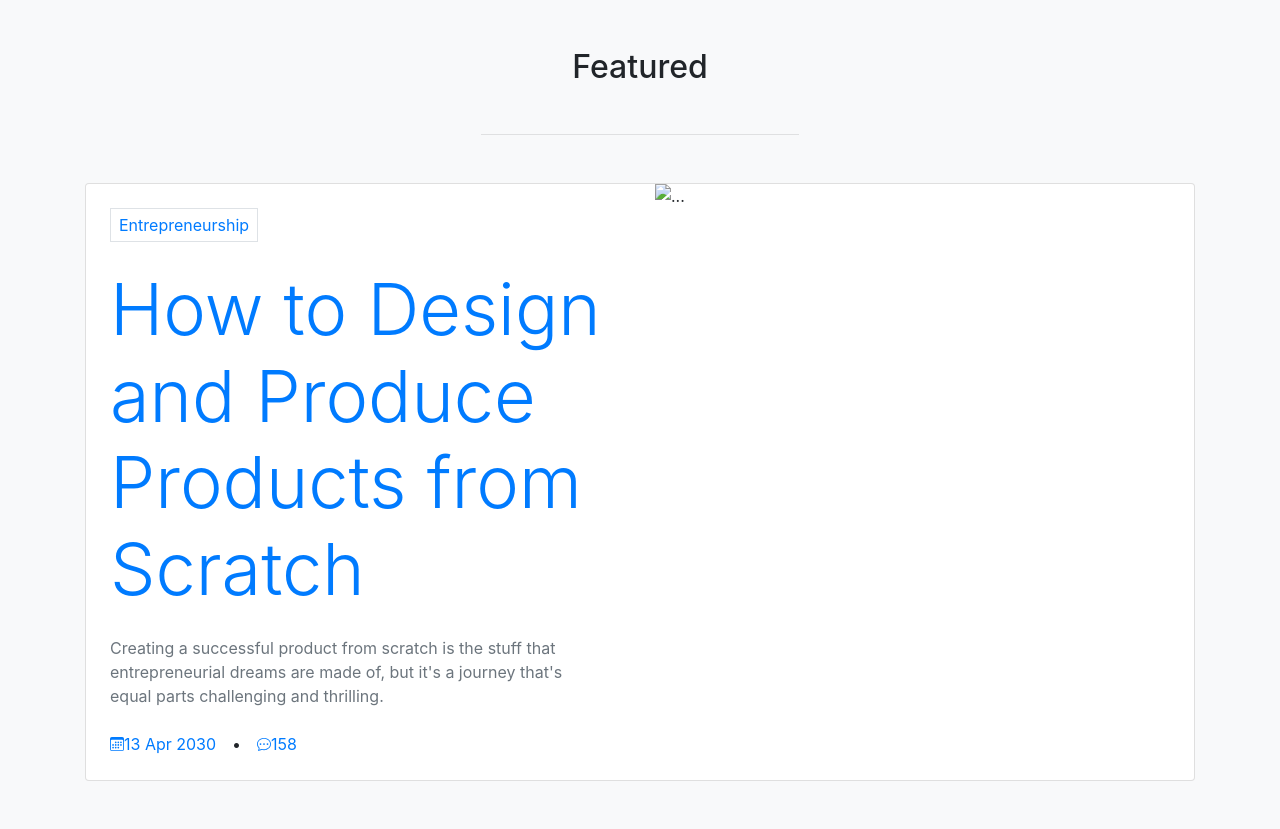
Repository: wasimalbokae2000/blogs
Page: resources/views/posts/show.blade.php
The author's editor kept a copy of each file at every save. The page is drawn from the files as they stood at one save, then again after the next save.
The browser window is 1280 px wide. The pictures show the whole page.
The page is served by the project's Laravel application, run on PHP 8.4 with Laravel 12. The template is opened directly, without the code that normally fills it, so the values that code supplies are empty.

Above is the page before, as saved 2024-11-20 21:50:03.

After the next save:
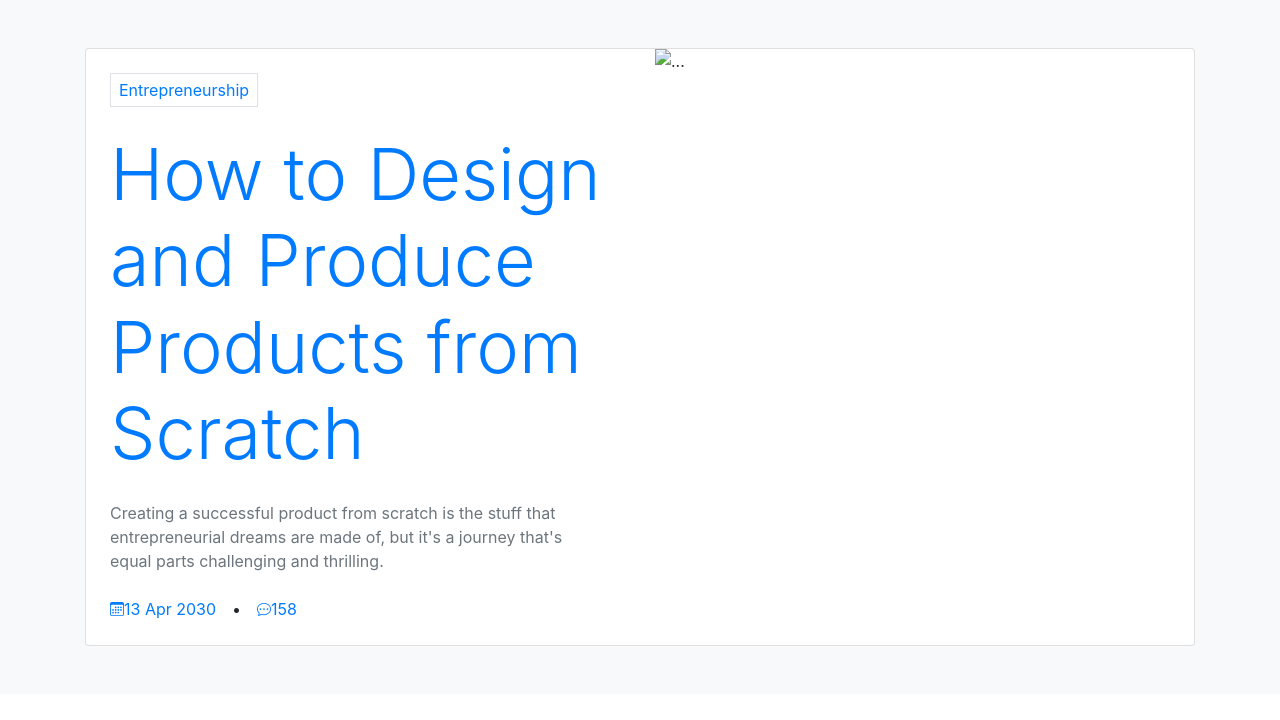
Saved 46 s later.
--- a/resources/views/posts/show.blade.php
+++ b/resources/views/posts/show.blade.php
@@ -18,16 +18,6 @@
 <!-- Featured 1 - Bootstrap Brain Component -->
 <section class="py-3 py-md-5 py-xl-8 bg-light">
     <div class="container">
-      <div class="row justify-content-md-center">
-        <div class="col-12 col-md-10 col-lg-8 col-xl-7 col-xxl-6">
-          <h2 class="display-5 mb-4 mb-md-5 text-center">Featured</h2>
-          <hr class="w-50 mx-auto mb-5 mb-xl-9 border-dark-subtle">
-        </div>
-      </div>
-    </div>
-
-    <div class="container">
-      <article>
         <div class="card">
           <div class="row g-0">
             <div class="col-12 col-md-6 order-1 order-md-0 d-flex align-items-center">
@@ -77,6 +67,5 @@
             </div>
           </div>
         </div>
-      </article>
     </div>
   </section>
